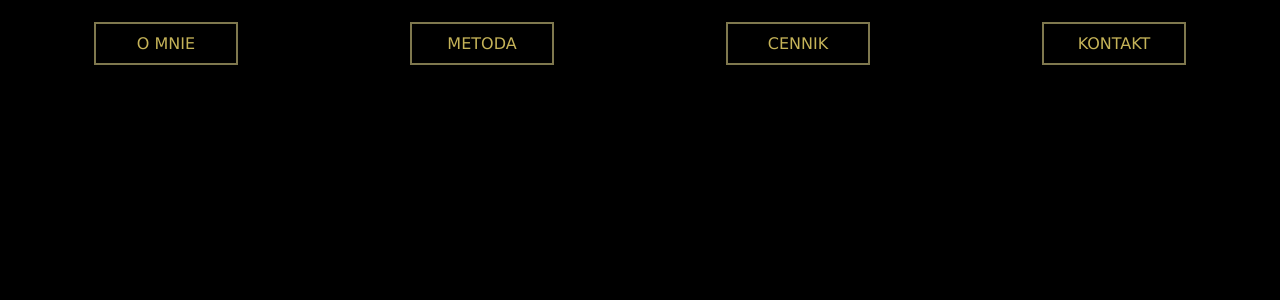
Repository: LechCieslak/Anna_Cieslak_v2.1
Page: index.html
These files come from the project's save history. The page is drawn as it stood at one moment and after the next save; the edit follows.
The browser window is 1280 px wide. The pictures show the whole page.

Above is the page before, as saved 2020-08-28 00:02:27.

### index.html
<!DOCTYPE html>
<html lang="pl">
<head>
    <meta charset="UTF-8">
    <meta name="viewport" content="width=device-width, initial-scale=1.0">
    <link rel="stylesheet" href="style.css">
    <title>Przyjazne miejsce</title>
</head>
<body>

    <main>

            <div class="menu">
                <ul>
                    <li class="li1">O MNIE</li>
                    <li class="li2">METODA</li>
                    <li class="li3">CENNIK</li>
                    <li class="li4">KONTAKT</li>
                </ul>
            </div>

            <div class="oMnie shape">
                <h1>O MNIE</h1>
                <p>Lorem, ipsum dolor sit amet consectetur adipisicing elit. Tenetur illum, dolores ipsum earum qui eligendi quaerat itaque debitis quo cumque repudiandae fugit quisquam nisi quas sunt voluptatem alias enim vero porro reprehenderit. Quisquam possimus labore voluptate facere voluptatum mollitia eveniet dicta quis vitae ullam quae saepe veniam quos ut, dolor, fuga repellat, veritatis quam modi odio placeat! Vero, reprehenderit repellendus? Delectus sit voluptate minus quam ratione numquam ipsum nemo commodi rem nesciunt consequatur, sunt cumque, repellat aliquam excepturi dolores aut suscipit minima nisi veritatis itaque ad explicabo perspiciatis voluptatibus! Cumque id adipisci officiis facere, tenetur quod provident. Eveniet, exercitationem necessitatibus.</p>
            </div>

            <div class="metoda shape">
                <h1>METODA</h1>
                <p>Lorem, ipsum dolor sit amet consectetur adipisicing elit. Tenetur illum, dolores ipsum earum qui eligendi quaerat itaque debitis quo cumque repudiandae fugit quisquam nisi quas sunt voluptatem alias enim vero porro reprehenderit. Quisquam possimus labore voluptate facere voluptatum mollitia eveniet dicta quis vitae ullam quae saepe veniam quos ut, dolor, fuga repellat, veritatis quam modi odio placeat! Vero, reprehenderit repellendus? Delectus sit voluptate minus quam ratione numquam ipsum nemo commodi rem nesciunt consequatur, sunt cumque, repellat aliquam excepturi dolores aut suscipit minima nisi veritatis itaque ad explicabo perspiciatis voluptatibus! Cumque id adipisci officiis facere, tenetur quod provident. Eveniet, exercitationem necessitatibus.</p>
            </div>

            <div class="cennik shape">
                <h1>CENNIK</h1>
                <p>Lorem, ipsum dolor sit amet consectetur adipisicing elit. Tenetur illum, dolores ipsum earum qui eligendi quaerat itaque debitis quo cumque repudiandae fugit quisquam nisi quas sunt voluptatem alias enim vero porro reprehenderit. Quisquam possimus labore voluptate facere voluptatum mollitia eveniet dicta quis vitae ullam quae saepe veniam quos ut, dolor, fuga repellat, veritatis quam modi odio placeat! Vero, reprehenderit repellendus? Delectus sit voluptate minus quam ratione numquam ipsum nemo commodi rem nesciunt consequatur, sunt cumque, repellat aliquam excepturi dolores aut suscipit minima nisi veritatis itaque ad explicabo perspiciatis voluptatibus! Cumque id adipisci officiis facere, tenetur quod provident. Eveniet, exercitationem necessitatibus.</p>
            </div>

            <div class="kontakt shape">
                <h1>KONTAKT</h1>
                <p>Lorem, ipsum dolor sit amet consectetur adipisicing elit. Tenetur illum, dolores ipsum earum qui eligendi quaerat itaque debitis quo cumque repudiandae fugit quisquam nisi quas sunt voluptatem alias enim vero porro reprehenderit. Quisquam possimus labore voluptate facere voluptatum mollitia eveniet dicta quis vitae ullam quae saepe veniam quos ut, dolor, fuga repellat, veritatis quam modi odio placeat! Vero, reprehenderit repellendus? Delectus sit voluptate minus quam ratione numquam ipsum nemo commodi rem nesciunt consequatur, sunt cumque, repellat aliquam excepturi dolores aut suscipit minima nisi veritatis itaque ad explicabo perspiciatis voluptatibus! Cumque id adipisci officiis facere, tenetur quod provident. Eveniet, exercitationem necessitatibus.</p>
            </div>
    </main>


    <script src="app.js"></script>
</body>
</html>

### style.css
* {
    font-family: verdana;
    padding: 0px;
}

body {
    --tlo: #4C6464;
    --text: #C5B358;
    --ramka: #7F784E;
    /* background-image: url("images/background-poz.jpg"); */
    /* background-position: center; */
    background-color: black;
    background-color: #000;
    color: var(--text);
    /* animation: backgroundEffect 3s forwards; */
}

main {
    position: relative;
}

ul {
    display: flex;
    justify-content: space-around;
}

.menu li {
    margin-top: 6px;
    padding: 10px;
    display: inline-block;
    border: solid 2px var(--ramka);
    list-style-type: none;
    width: 120px;
    cursor: pointer;
    text-align:center;
}

.shape {
    border: solid 3px var(--ramka);
    /* width: 70%; */
    opacity: 0;
    padding: 10px;
    position: absolute;
}

.nowa {
    opacity: 1;
}

@keyframes backgroundEffect {
    30% {
        background-color: var(--tlo);
    }
    60% {
        background-image: url("images/background-poz.jpg");

    }
}

/* style css - duże ekrany
@media (min-width: 1100px) {
    body {
        font-size: 30px;
    }
} */

@media (max-width: 600px) {
    body {
        /* style css - tel. pionowo */
        background-image: url("images/background-pion.jpg");
        font-size: 10px;
    }

    .menu li {
        width: 50px;
        height: 8px;
        padding-top: 6px;
    }
}

@media (max-width: 320px) {
    ul {
        width: 55px;
        display: block;
    }
}

### app.js
let a = document.querySelector('.li1');
let b = document.querySelector('.oMnie');
let c = document.querySelector('.li2');
let d = document.querySelector('.metoda');
let e = document.querySelector('.li3');
let f = document.querySelector('.cennik');
let g = document.querySelector('.li4');
let h = document.querySelector('.kontakt');

a.addEventListener('click', e => {
  b.classList.toggle("nowa");
  d.classList.remove("nowa");
  f.classList.remove("nowa");
  h.classList.remove("nowa");
});


c.addEventListener('click', e => {
  d.classList.toggle("nowa");
  b.classList.remove("nowa");
  f.classList.remove("nowa");
  h.classList.remove("nowa");
});

e.addEventListener('click', e => {
  f.classList.toggle("nowa");
  b.classList.remove("nowa");
  d.classList.remove("nowa");
  h.classList.remove("nowa");
});


g.addEventListener('click', e => {
  h.classList.toggle("nowa");
  b.classList.remove("nowa");
  d.classList.remove("nowa");
  f.classList.remove("nowa");
});

After the next save:
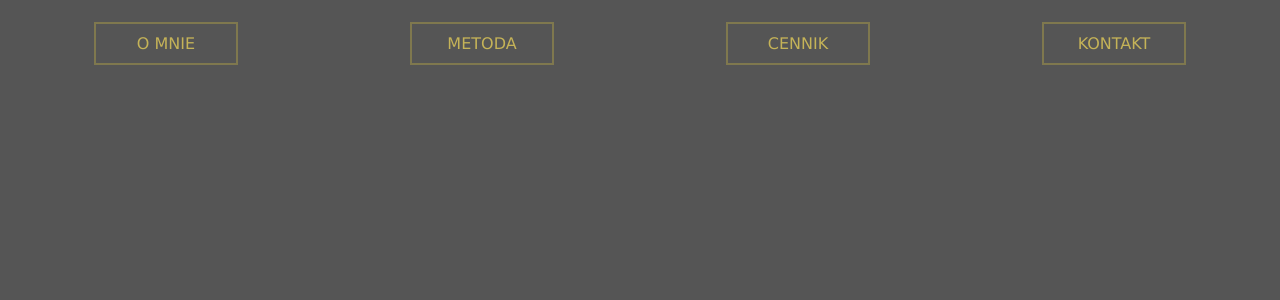
Saved 5 s later.
--- a/style.css
+++ b/style.css
@@ -10,7 +10,7 @@
     /* background-image: url("images/background-poz.jpg"); */
     /* background-position: center; */
     background-color: black;
-    background-color: #000;
+    background-color: #555;
     color: var(--text);
     /* animation: backgroundEffect 3s forwards; */
 }

After the 3 saves that followed:
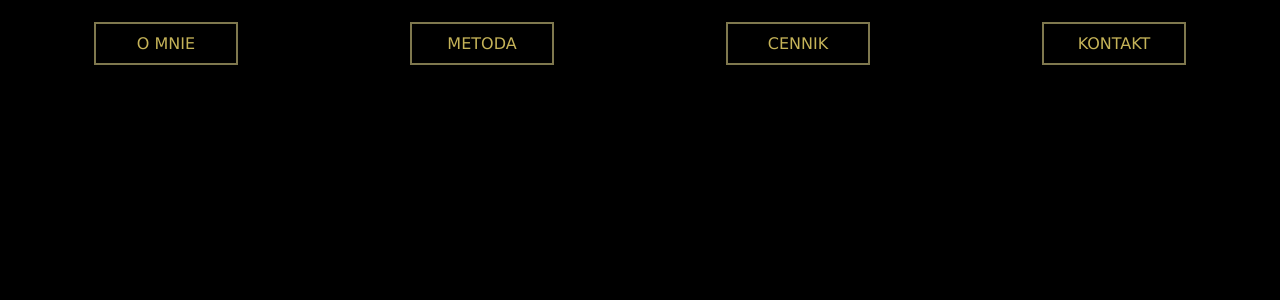
The 3 saves are shown as one change because they came seconds apart.
The last was saved 9 s later.
--- a/style.css
+++ b/style.css
@@ -10,7 +10,7 @@
     /* background-image: url("images/background-poz.jpg"); */
     /* background-position: center; */
     background-color: black;
-    background-color: #555;
+    background-color: #;
     color: var(--text);
     /* animation: backgroundEffect 3s forwards; */
 }
